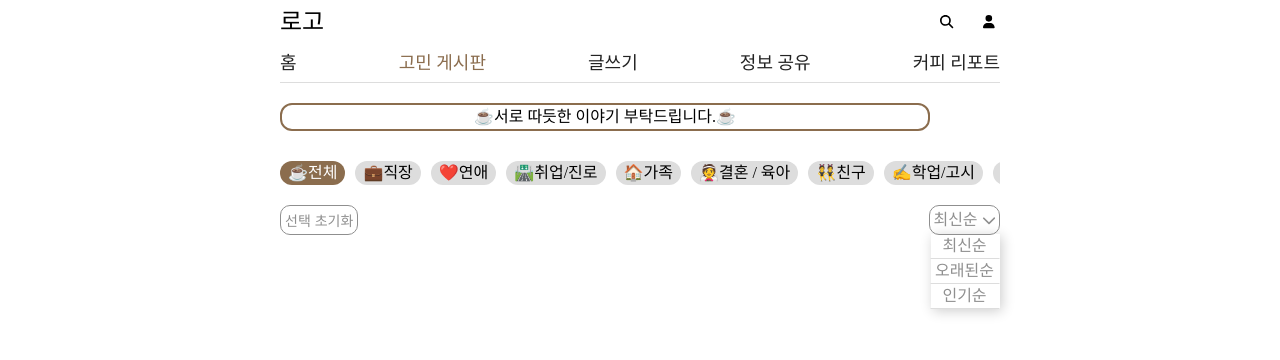
Repository: zlazlazla35/coffee
Page: /list
An editor plug-in stored every save of this project. The page is shown before and after the next save, followed by the edit.
The browser window is 1280 px wide. The pictures show the whole page.
Some web fonts or font styles are not loaded; a fallback is used. The project was rebuilt for these pictures with package versions that can differ from the ones it lists, and the page was loaded fresh each time. The framework's server and built-in components were replaced by stand-ins that run in the browser. Also part of the build but not shown: next.config.mjs.

Above is the page before, as saved 2024-12-26 18:34:12.

### src/app/layout.js
import { Geist, Geist_Mono } from "next/font/google";
import "./globals.css";
import Link from "next/link";
import { FontAwesomeIcon } from '@fortawesome/react-fontawesome'
import { faMagnifyingGlass, faUser } from '@fortawesome/free-solid-svg-icons'
import NavMenu from "./component/NavMenu";

const geistSans = Geist({
  variable: "--font-geist-sans",
  subsets: ["latin"],
});

const geistMono = Geist_Mono({
  variable: "--font-geist-mono",
  subsets: ["latin"],
});

export const metadata = {
  title: "Create Next App",
  description: "Generated by create next app",
};

export default function RootLayout({ children }) {
  return (
    <html lang="en">
      <body className={`${geistSans.variable} ${geistMono.variable}`}>
        <div className="nav_bar">
          <div className="nav_bar_top">
            <Link className="logo" href={'/'}>로고</Link>
            <div className="userBox">
              <button>
                <FontAwesomeIcon icon={faMagnifyingGlass} />
              </button>
              <button>
                <FontAwesomeIcon icon={faUser} />
              </button>
            </div>
          </div>
          <div className="nav_bar_bottom">
          <NavMenu></NavMenu>
          </div>
        </div>
        {children}
      </body>
    </html>
  );
}

### src/app/list/page.js
'use client'
import { useState } from "react"
import { FontAwesomeIcon } from '@fortawesome/react-fontawesome'
import { faChevronDown } from '@fortawesome/free-solid-svg-icons'

export default function List() {
    let [tagList, setTagList] = useState(['☕전체', '💼직장', '❤️연애', '🛣️취업/진로', '🏠가족', '👰결혼 / 육아', '👯친구', '✍️학업/고시', '🚫중독', '💰사업 / 금전', '💉질병 / 질환']);
    let [tagActive, setTagActive] = useState([true, false, false, false, false, false, false, false, false, false, false])







    return (
        <div className="liset_page">
            <div className="top_border">
                ☕서로 따듯한 이야기 부탁드립니다.☕
            </div>
            <div className="tag">
                <ul className="tag_list">
                    {
                        tagList.map((item, i) => {

                            return (
                                <li className={tagActive[i] == true ? 'on' : null} key={i} onClick={(e) => {
                                    let copy = [...tagActive];

                                    if (copy[i] == false) {
                                        copy[i] = true;
                                        setTagActive(copy);
                                    } else {
                                        copy[i] = false;
                                        setTagActive(copy);
                                    }

                                    if (e.target.innerHTML !== '☕전체') {
                                        copy[0] = false;
                                        setTagActive(copy);
                                    } else {
                                        let copy2 = [true, false, false, false, false, false, false, false, false, false, false];
                                        setTagActive(copy2);
                                    }
                                }} >{item}</li>
                            )
                        })
                    }
                </ul>
            </div>
            <div className="filterBox">
                <button className="tag_reset">선택 초기화</button>
                <div className="filterSelectBox">
                    <h2 className="title">최신순<FontAwesomeIcon icon={faChevronDown} /></h2>
                    <ul className="filterSelect">
                        <li>최신순</li>
                        <li>오래된순</li>
                        <li>인기순</li>
                    </ul>
                </div>
            </div>
        </div>
    )
}

//

### src/app/globals.css
@font-face {
    font-family: 'Ownglyph_StudyHard-Rg';
    src: url('https://fastly.jsdelivr.net/gh/projectnoonnu/2411-3@1.0/Ownglyph_StudyHard-Rg.woff2') format('woff2');
    font-weight: normal;
    font-style: normal;
}
/* /styles/reset.css */
body {font-family: 'Ownglyph_StudyHard-Rg' !important;}
html, body, div, span, applet, object, iframe,
h1, h2, h3, h4, h5, h6, p, blockquote, pre,
a, abbr, acronym, address, big, cite, code,
del, dfn, em, img, ins, kbd, q, s, samp,
small, strike, strong, sub, sup, tt, var,
b, u, i, center,
dl, dt, dd, ol, ul, li,
fieldset, form, label, legend,
table, caption, tbody, tfoot, thead, tr, th, td,
article, aside, canvas, details, embed,
figure, figcaption, footer, header, hgroup,
menu, nav, output, ruby, section, summary,
time, mark, audio, video {
	margin: 0;
	padding: 0;
	border: 0;
	font-size: 100%;
	font: inherit;
	vertical-align: baseline;
}
/* HTML5 display-role reset for older browsers */
article, aside, details, figcaption, figure,
footer, header, hgroup, menu, nav, section {
	display: block;
}
body {
	line-height: 1;
}
ol, ul {
	list-style: none;
}
blockquote, q {
	quotes: none;
}
blockquote:before, blockquote:after,
q:before, q:after {
	content: '';
	content: none;
}
table {
	border-collapse: collapse;
	border-spacing: 0;
}
input:focus {outline: none;}
a {text-decoration: none; color: inherit;}


.nav_bar {width: 100%; max-width: 720px; margin: 0 auto;}
.nav_bar .nav_bar_top {width: 100%; display: flex; align-items: center; justify-content: space-between; box-sizing: border-box; padding: 10px 0; }
.nav_bar .nav_bar_top .logo {font-size: 24px; }
.nav_bar .nav_bar_top .userBox {display: flex; align-items: center;}
.nav_bar .nav_bar_top .userBox button {width: 22px; display: block; background: none; border: none; padding: 0;}
.nav_bar .nav_bar_top .userBox button {margin-right: 20px;}
.nav_bar .nav_bar_top .userBox button:last-child {margin-right: 0;}
.nav_bar .nav_bar_bottom {width: 100%; }
.nav_bar .nav_bar_bottom .nav_list {display: flex; align-items: center; justify-content: space-between; box-sizing: border-box; padding: 10px 0; border-bottom: 1px solid #ddd;}
.nav_bar .nav_bar_bottom .nav_list li { font-size: 18px; color: #232323; }
.nav_bar .nav_bar_bottom .nav_list li a.active {color: #8b6d4e; }


.liset_page {width: 100%; max-width: 720px; margin: 0 auto;}
.liset_page .top_border {width: 100%; max-width: 650px; border: 2px solid #8b6d4e; border-radius: 12px; display: flex; align-items: center; justify-content: center; font-size: 16px; box-sizing: border-box; padding: 4px; margin: 20px 0 30px;}
.liset_page .tag {width: 100%;}
.liset_page .tag .tag_list {width: 100%; display: flex; align-items: center; white-space: nowrap; overflow-x: scroll;}
.liset_page .tag .tag_list::-webkit-scrollbar {height: 8px;}
.liset_page .tag .tag_list::-webkit-scrollbar-thumb {background: #a89f96; border-radius: 10px; }
.liset_page .tag .tag_list::-webkit-scrollbar-track {background: rgba(123, 87, 8, 0.1); }
.liset_page .tag .tag_list li {background: #ddd; font-size: 16px; box-sizing: border-box; padding: 4px 8px; border-radius: 12px; margin-right: 10px; cursor: pointer;}
.liset_page .tag .tag_list li:last-child {margin-right: 0;}
.liset_page .tag .tag_list li.on {background: #8b6d4e; color: #fff;}
.liset_page .filterBox {width: 100%; display: flex; align-items: center; justify-content: space-between;}
.liset_page .filterBox .filterSelectBox {display: flex; position: relative; border: 1px solid #8f8f8f; border-radius: 10px; width: 100%; max-width: 69px; height: 28px; align-items: center; justify-content: center; margin: 20px 0;}
.liset_page .filterBox .filterSelectBox .title {font-size: 16px; color: #8f8f8f;}
.liset_page .filterBox .filterSelectBox .title svg {font-size: 14px; margin-left: 4px;}
.liset_page .filterBox .filterSelectBox .filterSelect {position: absolute; left: 50%; top: 28px; width: 100%; transform: translateX(-50%);}
.liset_page .filterBox .filterSelectBox .filterSelect {width: 100%; box-shadow: 2px 2px 12px rgba(0, 0, 0, 0.2);}
.liset_page .filterBox .filterSelectBox .filterSelect li {width: 100%; text-align: center; box-sizing: border-box; padding: 4px 0; border-bottom: 1px solid #ddd; font-size: 16px; color: #8f8f8f;}


.liset_page .filterBox .tag_reset{display: inline-block; box-sizing: border-box; padding: 4px; border: 1px solid #8f8f8f; background: none; color: #8f8f8f; font-size: 14px; border-radius: 10px;}

### src/app/component/NavMenu.js
'use client'

import Link from "next/link";
import { usePathname } from "next/navigation";

export default function NavMenu() {
    const pathname = usePathname();

    return (
        <ul className="nav_list">
            <li>
                <Link href={'/'}>홈</Link>
            </li>
            <li>
                <Link className={pathname == '/list'? 'active' : null} href={'/list'}>고민 게시판</Link>
            </li>
            <li>
                <Link className={pathname == '/writing'? 'active' : null} href={'/writing'}>글쓰기</Link>
            </li>
            <li>
                <Link className={pathname == '/share'? 'active' : null} href={'/share'}>정보 공유</Link>
            </li>
            <li>
                <Link className={pathname == '/report'? 'active' : null} href={'/report'}>커피 리포트</Link>
            </li>
        </ul>
    )
}

After the next save:
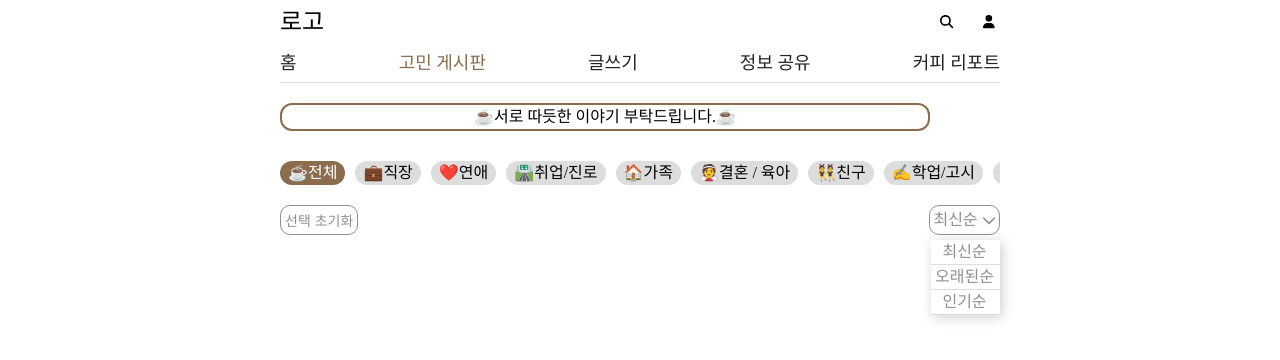
Saved 10 s later.
--- a/src/app/globals.css
+++ b/src/app/globals.css
@@ -80,7 +80,7 @@ a {text-decoration: none; color: inherit;}
 .liset_page .filterBox .filterSelectBox {display: flex; position: relative; border: 1px solid #8f8f8f; border-radius: 10px; width: 100%; max-width: 69px; height: 28px; align-items: center; justify-content: center; margin: 20px 0;}
 .liset_page .filterBox .filterSelectBox .title {font-size: 16px; color: #8f8f8f;}
 .liset_page .filterBox .filterSelectBox .title svg {font-size: 14px; margin-left: 4px;}
-.liset_page .filterBox .filterSelectBox .filterSelect {position: absolute; left: 50%; top: 28px; width: 100%; transform: translateX(-50%);}
+.liset_page .filterBox .filterSelectBox .filterSelect {position: absolute; left: 50%; top: 34px; width: 100%; transform: translateX(-50%);}
 .liset_page .filterBox .filterSelectBox .filterSelect {width: 100%; box-shadow: 2px 2px 12px rgba(0, 0, 0, 0.2);}
 .liset_page .filterBox .filterSelectBox .filterSelect li {width: 100%; text-align: center; box-sizing: border-box; padding: 4px 0; border-bottom: 1px solid #ddd; font-size: 16px; color: #8f8f8f;}
 
